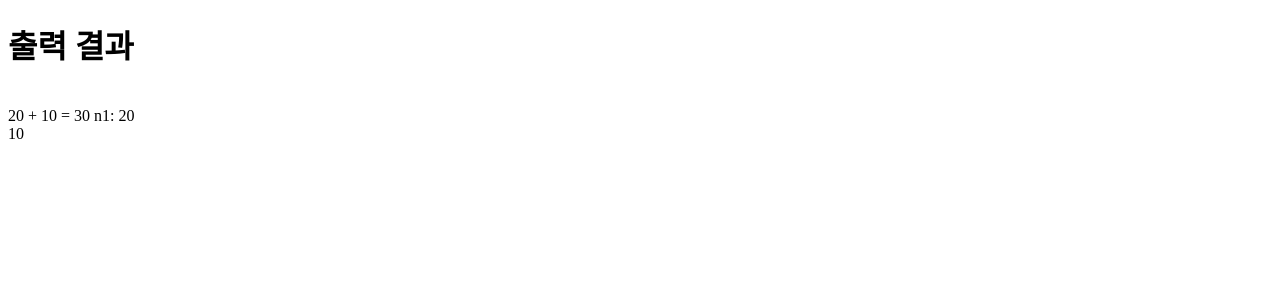
Repository: YoungQWER/js_2024.02.27
Page: http://localhost/web-study-01/AddionServlet03
An editor plug-in stored every save of this project. The page is shown before and after the next save, followed by the edit.
The browser window is 1280 px wide. The pictures show the whole page.
The page is served by Tomcat 9. Other server files are loaded and not shown.

Above is the page before, as saved 2024-02-28 02:09:40.

### web-study-01/src/main/webapp/addition03.jsp
<%@ page language="java" contentType="text/html; charset=UTF-8"
    pageEncoding="UTF-8"%>
<!DOCTYPE html>
<html>
<head>
<meta charset="UTF-8">
<title>Insert title here</title>
</head>
<body>
<h1>출력 결과</h1><br>
 ${num1} + ${num2} = ${add}
 <%
 	int n1 = (int)request.getAttribute("num1");
 	int n2 = (int)request.getAttribute("num2");
 %>

 n1: <%=n1 %><br>
 <%=n2 %>
</body>
</html>

### web-study-01/src/main/java/unit02/AddionServlet03.java
package unit02;

import java.io.IOException;

import javax.servlet.RequestDispatcher;
import javax.servlet.ServletException;
import javax.servlet.annotation.WebServlet;
import javax.servlet.http.HttpServlet;
import javax.servlet.http.HttpServletRequest;
import javax.servlet.http.HttpServletResponse;


@WebServlet("/AddionServlet03")
public class AddionServlet03 extends HttpServlet {
	private static final long serialVersionUID = 1L;


	protected void doGet(HttpServletRequest request, HttpServletResponse response) throws ServletException, IOException {

		int n1 =20;
		int n2 =10;
		int add = n1+n2;

		request.setAttribute("num1", n1);
		request.setAttribute("num2", n2);
		request.setAttribute("add", add);

		//forward 방식
		RequestDispatcher dispatcher = request.getRequestDispatcher("addition03.jsp");
		dispatcher.forward(request, response);

	}

	protected void doPost(HttpServletRequest request, HttpServletResponse response) throws ServletException, IOException {

	}

}

After the next save:
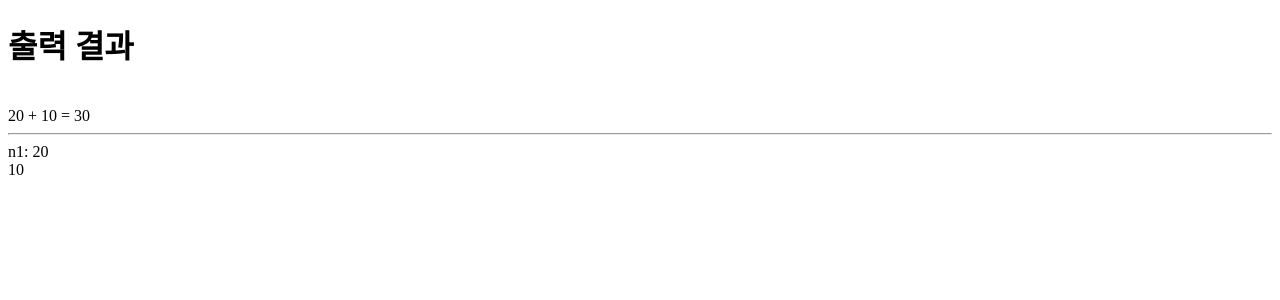
Saved 8 s later.
--- a/web-study-01/src/main/webapp/addition03.jsp
+++ b/web-study-01/src/main/webapp/addition03.jsp
@@ -14,6 +14,7 @@
  	int n2 = (int)request.getAttribute("num2");
  %>
 
+ <br><hr>
  n1: <%=n1 %><br>
  <%=n2 %>
 </body>
